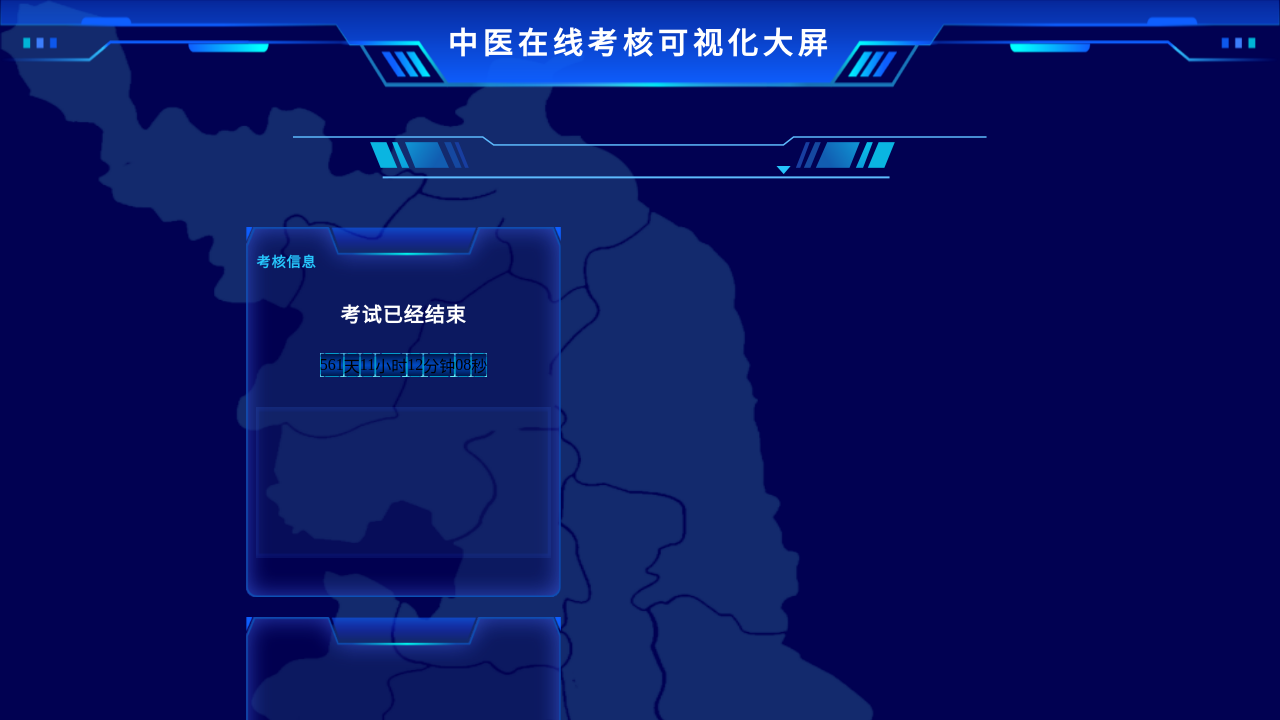
Repository: krislorem/medicine-online-datascreen-vue
Page: /
An editor plug-in stored every save of this project. The page is shown before and after the next save, followed by the edit.
The browser window is 1280 px wide. The pictures show the whole page.
The project was rebuilt for these pictures with package versions that can differ from the ones it lists, and the page was loaded fresh each time. Also part of the build but not shown: vite.config.ts.

Above is the page before, as saved 2024-12-04 11:56:13.
Console error (its wording comes from the project's code and is left out).

After the next save:
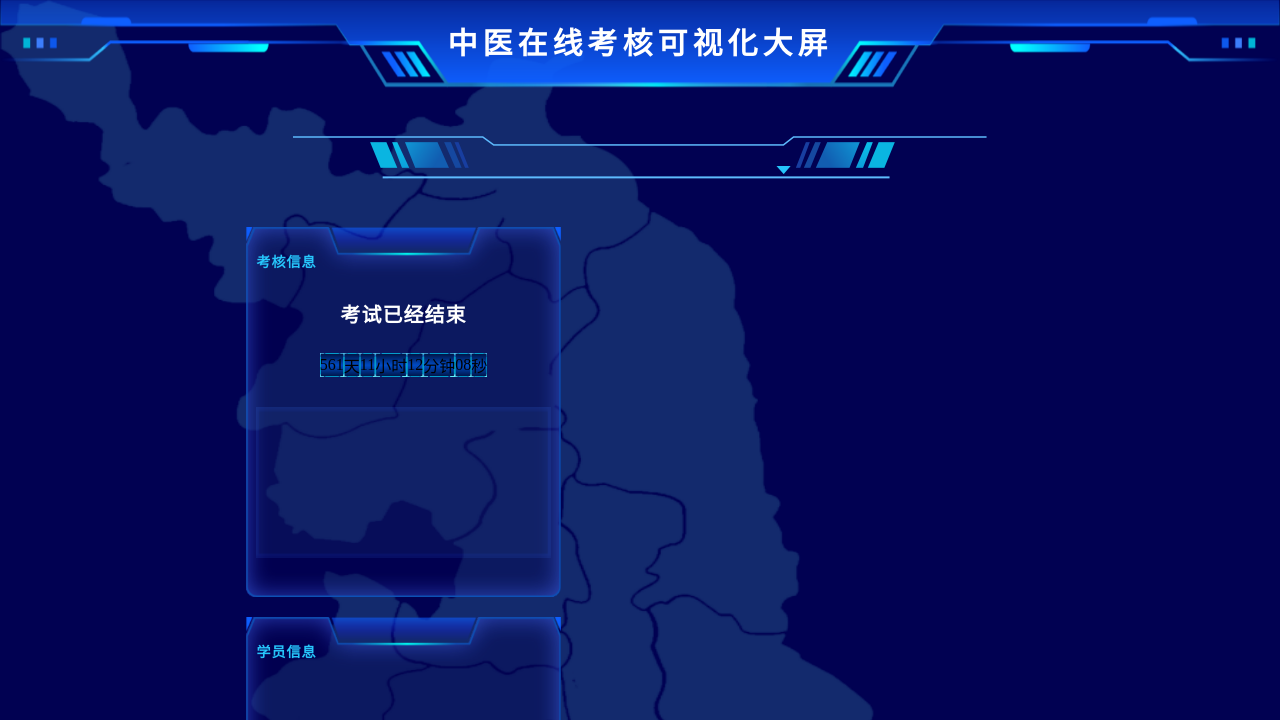
Saved 11 s later.
--- a/src/views/HomeView.vue
+++ b/src/views/HomeView.vue
@@ -23,7 +23,9 @@
           </div>
           <div class="result"></div>
         </div>
-        <div class="item item-2"></div>
+        <div class="item item-2">
+          <p data-v-47d0fd3a="" class="top-name i2-top"><span data-v-47d0fd3a="">学员信息</span></p>
+        </div>
       </div>
       <div id="right"></div>
     </div>
